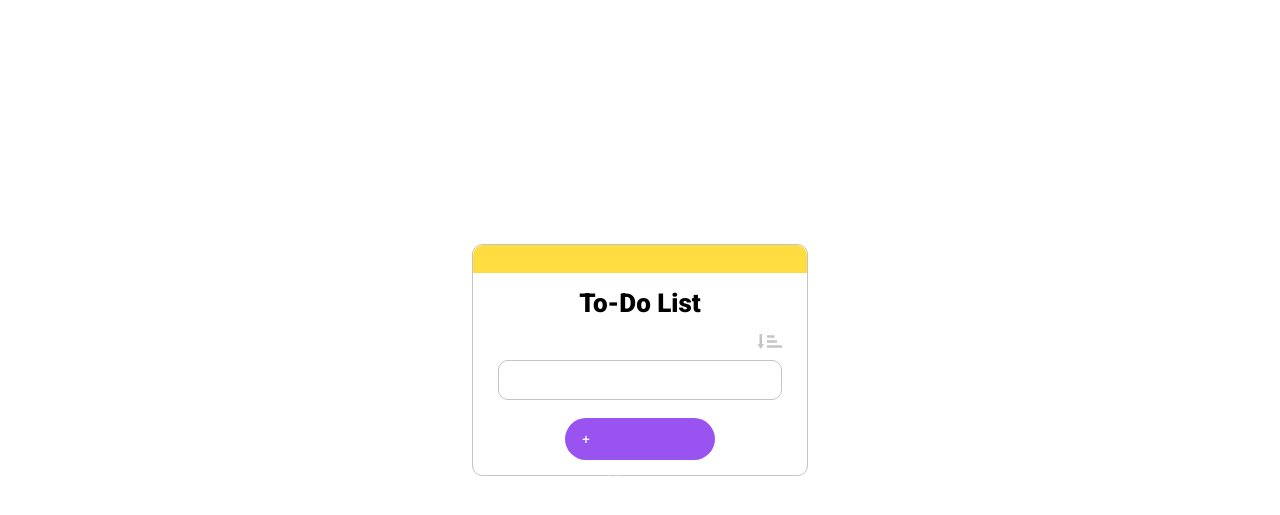
Repository: PoladEziz/Task-15
Page: index.html
These files come from the project's save history. The page is drawn as it stood at one moment and after a run of saves; the edit follows.
The browser window is 1280 px wide. The pictures show the whole page.
The style sheet was rebuilt from its Sass, Less or Tailwind sources for each picture, by a compiler version that may differ from the author's.

Above is the page before, as saved 2023-08-10 15:43:02.

After the next 3 saves:
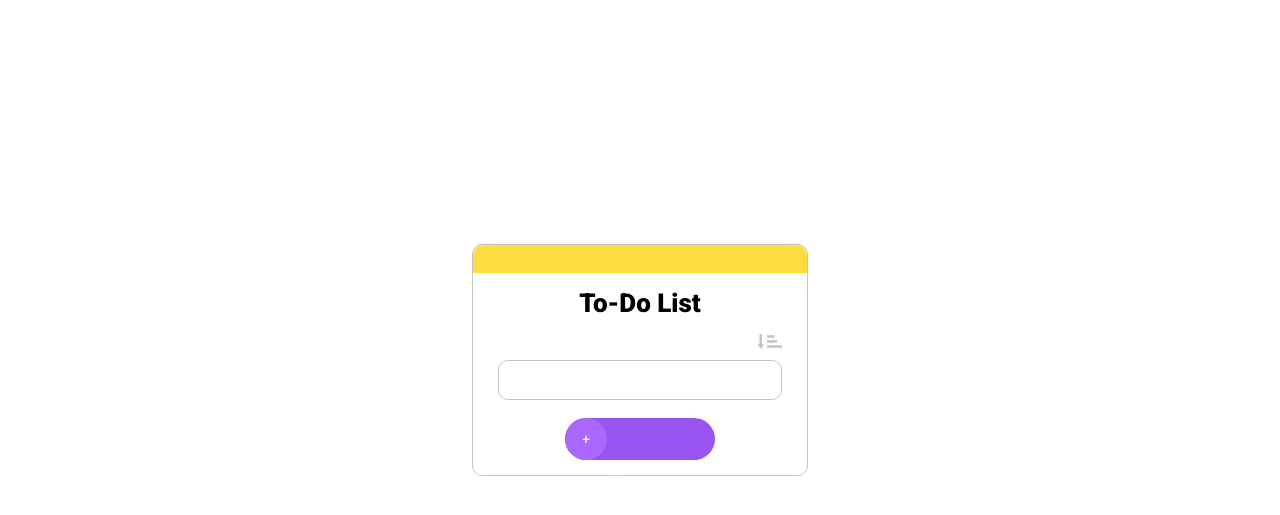
The 3 saves are shown as one change because they came seconds apart.
The last was saved 30 s later.
--- a/index.scss
+++ b/index.scss
@@ -91,6 +91,7 @@
             font-style: normal;
             font-weight: 400;
             line-height: normal;
+            background-color: #aa68fe;
           }
         }
       }
